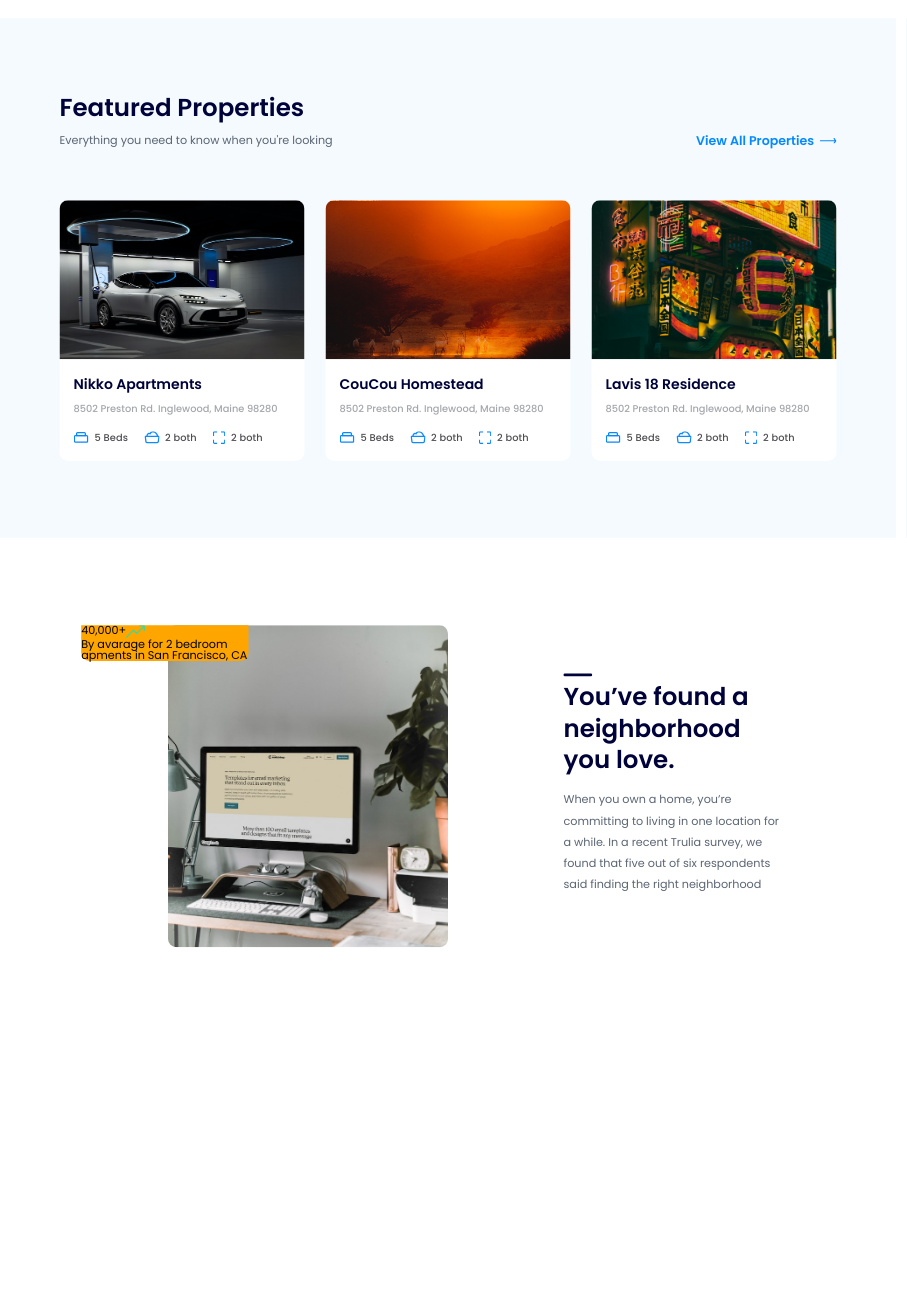
Repository: empty24062002/f8-htmlcss-01
Page: index.html
These files come from the project's save history. The page is drawn as it stood at one moment and after the next save; the edit follows.
The browser window is 1280 px wide. The page is 1295 px wide, so the pictures cover 1295 px, including what lies to the right of the window. The pictures show the part of the page from y = 1843 to 3723 px (the page is 10000 px tall), at 70% of full size.

Above is the page before, as saved 2023-07-13 10:37:10.

After the next save:
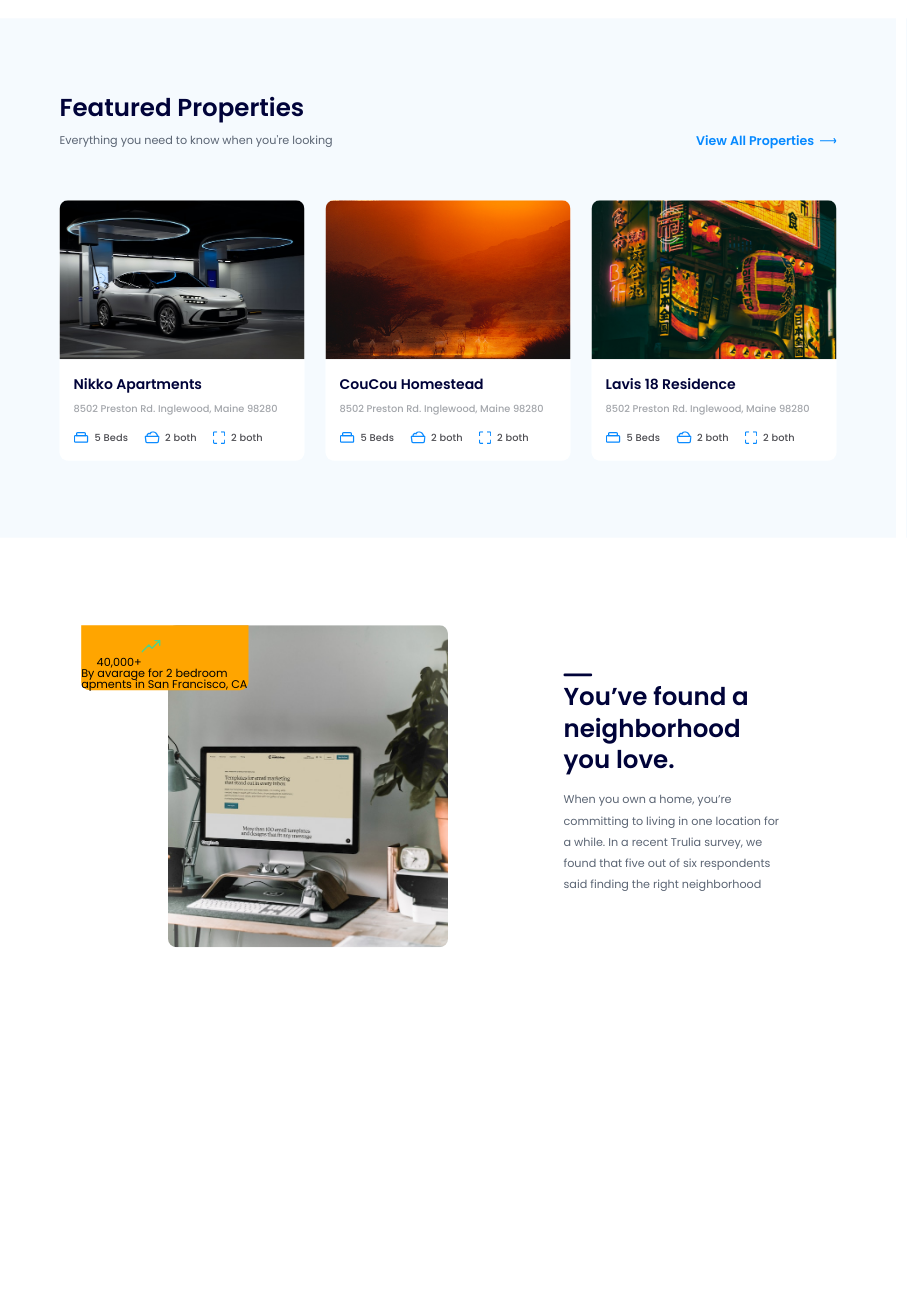
Saved 2 min 0 s later.
--- a/assets/css/styles.css
+++ b/assets/css/styles.css
@@ -398,6 +398,10 @@
     background-color: orange;
 }
 
+.stats-trend .value {
+    padding: 45px 0 0 22px;
+}
+
 .stats .sub-title {
     position: relative;
     width: 269px;
